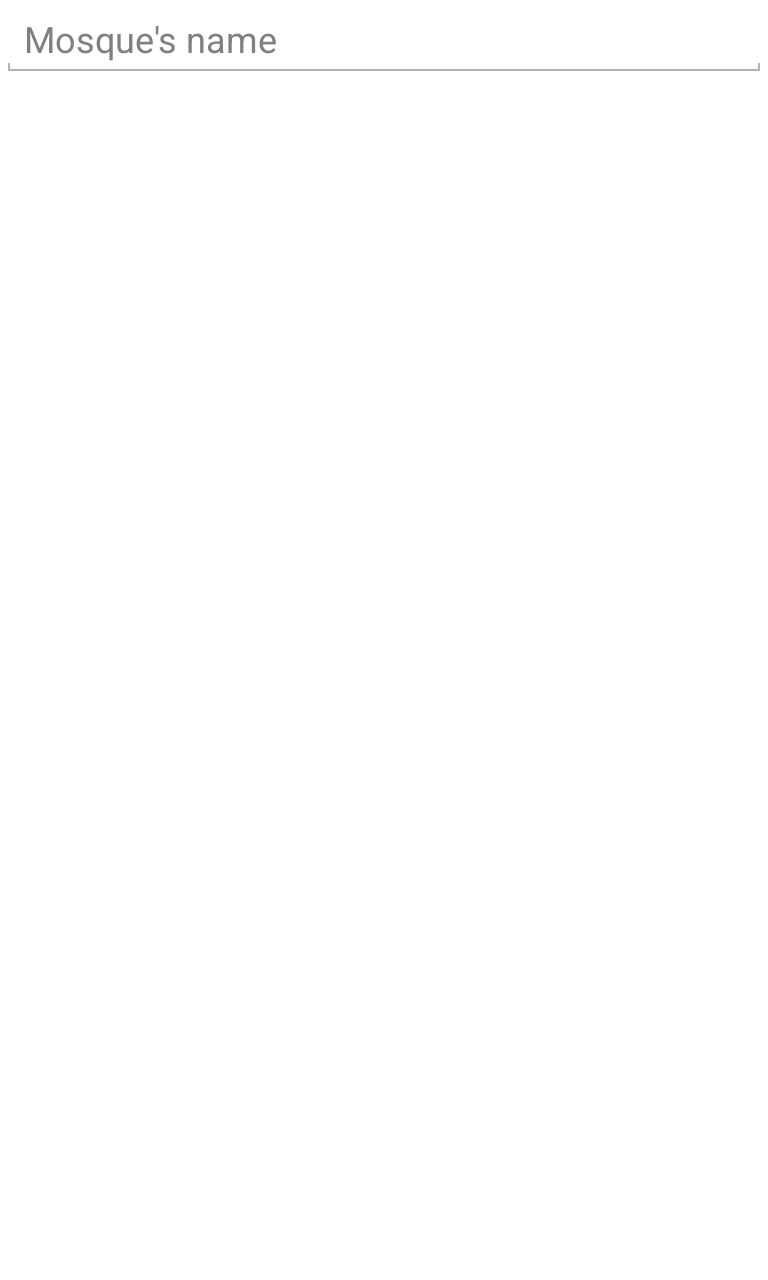
Repository: Osamah/Afstudeerwerk
Layout: NativeApp/SecondPillar/res/layout/activity_addmosque.xml
The author's editor kept a copy of each file at every save. The layout is drawn from the files as they stood at one save, then again after the next save.
It is drawn on a 768 x 1280 px phone screen (xhdpi) without system bars, with theme AppTheme; the app's code is not run.

Above is the layout before, as saved 2012-12-31 14:43:44.

After the next save:
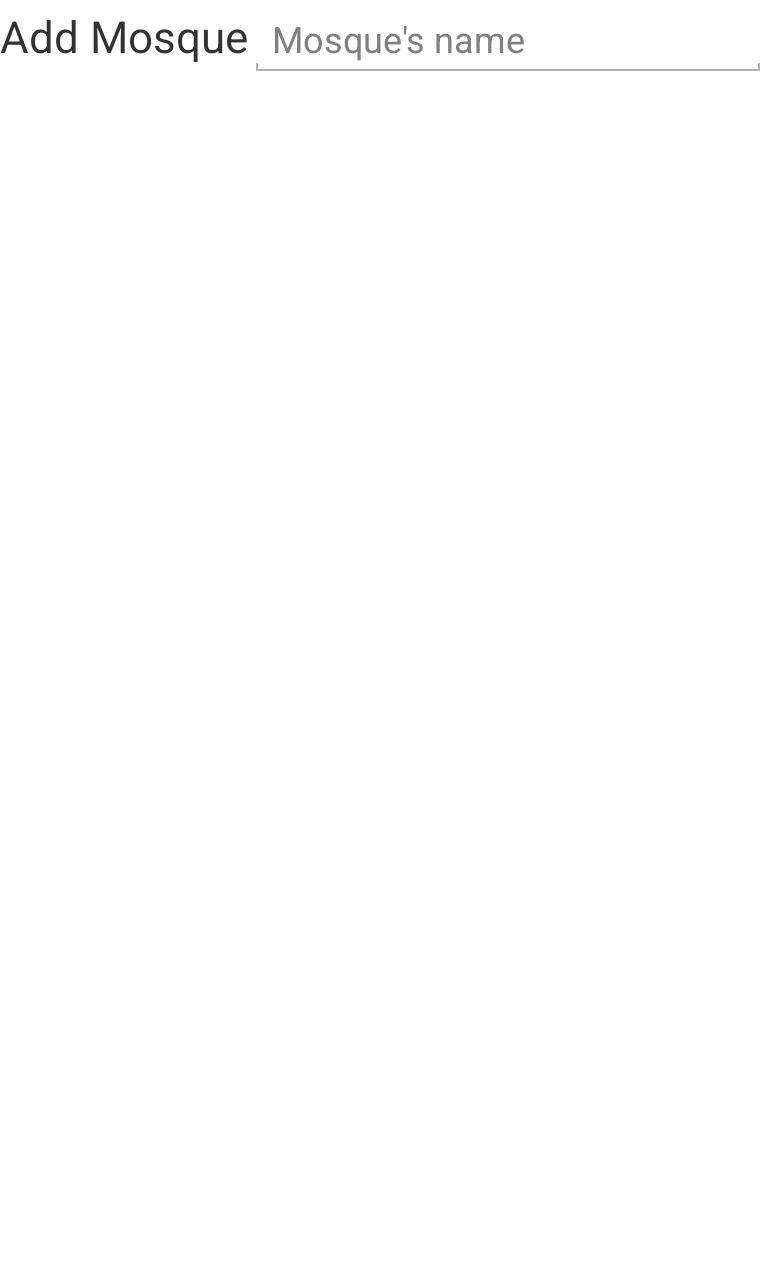
Saved 29 min 52 s later.
--- a/NativeApp/SecondPillar/res/layout/activity_addmosque.xml
+++ b/NativeApp/SecondPillar/res/layout/activity_addmosque.xml
@@ -18,8 +18,7 @@
 		    android:layout_width="wrap_content"
 		    android:layout_height="wrap_content"
 		    android:text="@string/lblAddMosque"
-		    android:textSize="10pt"
-		    android:layout_weight="1">
+		    android:textSize="10pt">
 		</TextView>
 
         <EditText
